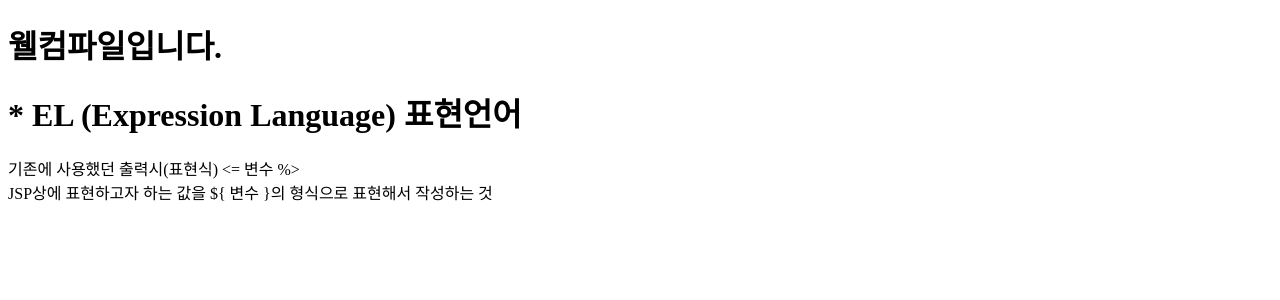
Repository: judeyong/myWebWorkSpace2
Page: http://localhost/Action_Project/
These files come from the project's save history. The page is drawn as it stood at one moment and after a run of saves; the edit follows.
The browser window is 1280 px wide. The pictures show the whole page.
The page is served by Tomcat 9. Other server files are loaded and not shown.

Above is the page before, as saved 2024-04-03 00:25:35.

### Action_Project/WebContent/index.jsp
<%@ page language="java" contentType="text/html; charset=UTF-8"
    pageEncoding="UTF-8"%>
<!DOCTYPE html>
<html>
<head>
<meta charset="UTF-8">
<title>Insert title here</title>
</head>
<body>
	<h1>웰컴파일입니다.</h1>

	<h1>* EL (Expression Language) 표현언어</h1>

	<p>
		기존에 사용했던 출력시(표현식) &lt;= 변수 %&gt; <br>
		JSP상에 표현하고자 하는 값을 \${ 변수 }의 형식으로 표현해서 작성하는 것
	</p>

</body>
</html>

After the next 2 saves:
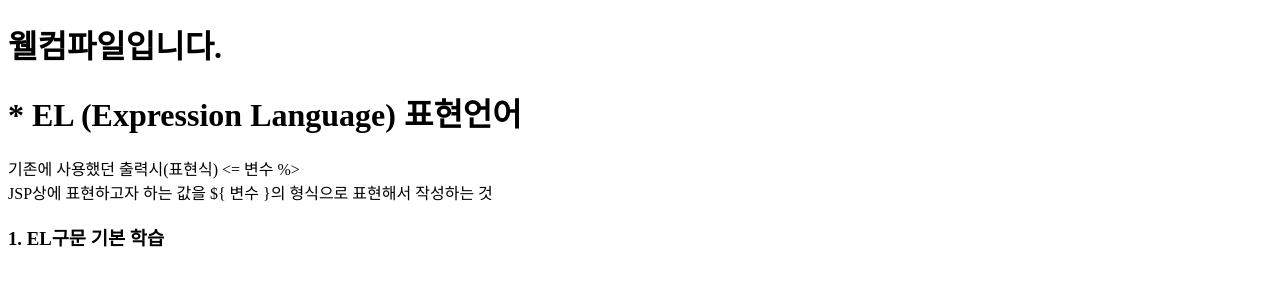
The 2 saves are shown as one change because they came seconds apart.
The last was saved 30 s later.
--- a/Action_Project/WebContent/index.jsp
+++ b/Action_Project/WebContent/index.jsp
@@ -16,5 +16,8 @@
 		JSP상에 표현하고자 하는 값을 \${ 변수 }의 형식으로 표현해서 작성하는 것
 	</p>
 
+	<h3>1. EL구문 기본 학습</h3>
+
+
 </body>
 </html>
